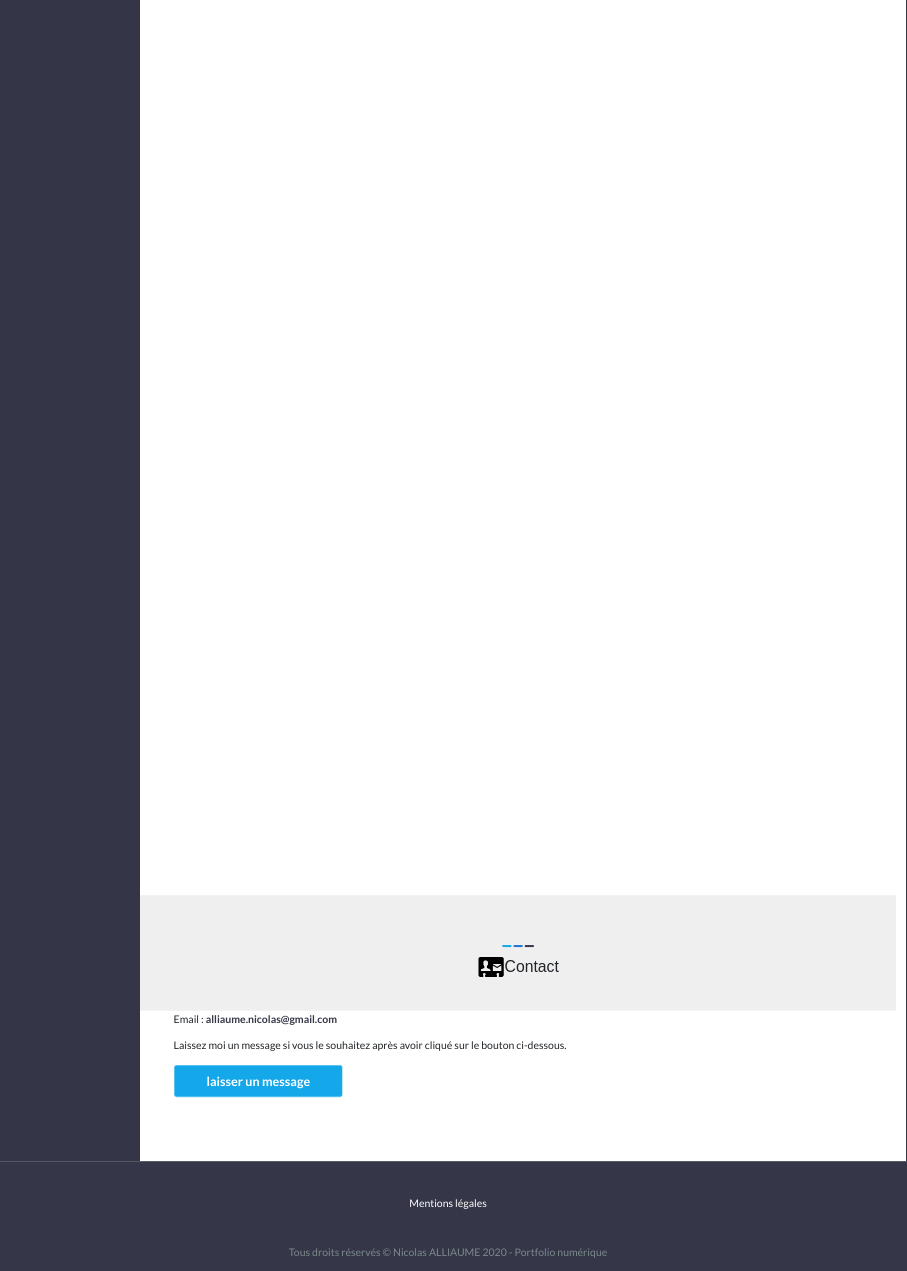
Repository: Nicolas-al/alliaumen
Page: templates/main/index.html.twig
An editor plug-in stored every save of this project. The page is shown before and after the next save, followed by the edit.
The browser window is 1280 px wide. The page is 1295 px wide, so the pictures cover 1295 px, including what lies to the right of the window. The pictures show the part of the page from y = 1247 to 3127 px (the page is 3063 px tall before and 3127 px after), at 70% of full size.
Some web fonts or font styles are not loaded; a fallback is used. Some web libraries are served in a nearby version. The page is a Twig template of a Symfony application; nobody is signed in and links lead nowhere. Other server files are loaded and not shown. The template is opened directly, without the code that normally fills it, so the values that code supplies are empty.

Above is the page before, as saved 2020-10-12 03:10:50.
Console error: TypeError: e.indexOf is not a function

### public/css/style.css
body{
    overflow-x: hidden;
    position: relative;
}

.wrapper {
    display: flex;
    width: 100%;
    align-items: stretch;
}

#sidebar{
    background : #353548;
    max-width: 200px;
    min-width: 200px;
}
#all-content{
    width: 100%;
}
#header{
    height: 400px;
}
#block_competences{
    height: 500px;
    margin-left: 0;
    margin-right: 0;
}
#block_portfolio{
    height: 1400px;
}
#block_contact{
    margin-top: 20px;
    height: 380px;
}
footer{
    background: #353648
}
.button{
    background: #14a7ea;
    border: 1px solid white;
    padding: 9px 46px;
    border-radius: 4px;
}
.button a{
    font-size: 1.2em;
}
.button a:hover{
    text-decoration: none;
}

/* sections block titre */

.block_title{
    height: 165px;
    background: #35334814;
    width: 100%;
}
.title_elmt{
    display: flex;
    flex-direction: column;
}
.minus_block{
    text-align: center;
    margin-top: 61px;
}
.minus_one{
    color: #11a7ea
}
.minus_two{
    color: #1d75d2;
}
.minus_three{
    color: #353648;
}
.title{
    display: flex;
    margin-left: -15px;
    margin-right: -15px;
}
.title h4{
    font-family: 'Philosopher', sans-serif;
    margin-right: auto;
    margin-top: auto;
    margin-bottom: auto;
}
.title img{
    height: 39px;
    margin-top: auto;
    margin-left: auto;
    margin-bottom: auto;
}

/*------------------------------------- ASIDE -------------------------------------*/

#aside h3{
    font-family: 'Oswald', sans-serif;
}
.sidebar-header{
    color: white;
    margin-top: 4%;
}
#sidebar ul{
    justify-content: center;
}
.block_nav{
    position: fixed;
    top: 27%;
    width: 15.7%
}

.block_nav ul{
    display: flex;
    flex-direction: column;
    margin: auto;
    justify-content: end;
}
.block_nav a{
    font-family: 'Catamaran', sans-serif;
    padding-left: 20px
}

.block_network{
    position: fixed;
    top: 84%;
    text-align: center;
    width: 15.7%;
}
h6{
    color: white;
}
/*----------------------------------- HEADER -----------------------------------*/

.header_p{
    font-family: 'Merienda', cursive;
    font-size: 1.3em;
    color: #212529e8;
    width: 93%;
    box-shadow: 0px 0px 7px;
    text-align: center;
}

#block_photo{
    max-width: 35%;
    margin: auto;
    padding-bottom: 40px;
}

/* Mon profil */

#block_profil{
    height: fit-content;
}

#profil{
    justify-content: center;
    align-items: center;
}
.block-down{
    margin-right: 5%;
}
.from-center{
    margin-left: 45px;
}
/* Animation double Flèches vers le bas */

@keyframes down{
	0% {transform: translateY(0%) ; opacity: 0.5}
	25% {transform: translateY(-30%); opacity: 0.2}
    75% {transform: translateY(30%); opacity: 1}
    100% {transform: translateY(0%); opacity: 0.5}
}
.double-down{
	animation: down 1.2s infinite;
	width: 3%;
}

/* ~~~~~~~ INIT. BTN ~~~~~~~ */

#profil{
    position: relative;
    padding: 1.4rem 4.2rem;
    padding-right: 3.1rem;
    font-size: 1.4rem;
    color: black;
    letter-spacing: 1.1rem;
    text-transform: uppercase;
    transition: all 500ms cubic-bezier(0.77, 0, 0.175, 1);
    cursor: pointer;
    user-select: none;
}

#profil:before, #profil:after {
    content: '';
    position: absolute;
    transition: inherit;
    z-index: -1;
    box-sizing: border-box;
}

#profil:hover {
    color: white;
    transition-delay: .5s;
}

#profil:hover:before {
    transition-delay: 0s;
}

#profil:hover:after {
    background: #353648;
    transition-delay: .35s;
}


#profil:before {
    top: 0;
    left: 50%;
    height: 100%;
    width: 0;
    border: 1px solid #353648;
    border-left: 0;
    border-right: 0;
}

#profil:after {
    bottom: 0;
    left: 0;
    height: 0;
    width: 100%;
    background: #353648;
}

#profil:hover:before {
    left: 0;
    width: 100%;
}

#profil:hover:after {
    top: 0;
    height: 100%;
}

#profil_panel{
    display: none;
}


/* ------------------------------------BLOCK COMPETENCES--------------------------------------*/
#skills{
    display: flex;
    width: 100%;
}
.skills{
    margin-bottom: -200px;
}
.skills-title{
    align-items: center;
}
.skills-title i{
    margin: inherit;
}
.logo-skills p{
    width: fit-content;
    margin: auto;
}
.logo-skills:hover{
   font-size: 20px;
   transition: 1s;
   font-weight: bold;
}
#skills img{
    width: 48px;
}
#skills img:hover{
    width: 65px;
    transition: 0.5s;
}
.align-title{
    margin: inherit;
    margin-left: 5px;
}

#front{
    width: 53%;
    border-bottom: 300px solid whitesmoke;
}
#back{
    width: 59%;
    border-bottom: 300px solid #353448;
    border-left: 43px solid #f5f5f5fc;
}

/* -------------------------------------------BLOCK PORTFOLIO----------------------------------------- */

#para_portfolio{
    height: 100px;
    padding: 0px 20px;
    text-align: center;
}

/* -------Slider------- */
.block_slides{
    height: 40%;
}
#block_portfolio h4{
    text-align: center;
    font-family: 'Philosopher', sans-serif;
}
.panel_project{
    width: 92%;
    margin: auto;
    display: none;
    box-shadow: 0px 0px 27px #353448;
    border-radius : 5px;
}


.description_project{
    border-bottom: 5px solid #f39c12c9;
    background: white;
    padding: 10px;
    border-top-left-radius: 5px;
    border-top-right-radius: 5px;
}
.description_project h4{
    font-weight: 700;
}
.description_project p{
    font-size: 1.1em;
}
.project img{
    width: 100%;
}
.project_link{
    border: 2px solid white;
    text-align: center;
    padding: 16px 15px;
    margin-top: -1%;
    background: #1e74d2;
}
.project_link:hover {
    background: #11a7ea;
}
.project_link a:hover{
    text-decoration: none;
}
.skills_project{
    border-top: 5px solid #f39c12c9;
}
.skills_project p{
    padding-right: 2%;
    padding-left: 2%;
    padding : 10px;
}
.skills_project span{
    font-weight: bold;
}
/* Cards projects */

#block_project_card{
    margin-top: 23%;
}
#projects_cards{
    text-align: center;
    justify-content: center;
    margin-left: 5%;
}
.project_card{
    color: white;
    margin-left: -10%;
    border: 1px solid;
    box-shadow: 0px 0px 3px;
    border-right: 2px solid;
    border-radius: 11px;
    max-width: 22%;
    background: #353348;
    cursor: pointer;
}
.project{
    opacity: 0.8;
}
.project h4{
    color: white;
}
.project p{
    color: white;
}
.project_content p{
    padding: 3% 9% 0% 9%;
    margin-bottom: 0;
    text-align: justify;
    font-size: 0.8em;
}
.project_content p:last-child{
    margin-bottom: 3%;
}
.project_content h4{
    padding: 3%;
}
.project_content img{
    width: 99%;
}
/*------------------------------------------- BLOCK CONTACT ---------------------------------------- */

#block_contact address a{
    font-weight: bold;
    color: #353648;
}

.modal_contact{
    display: none;
    background: white;
    width: inherit;
    z-index: 100;
    height: 100%;
    margin-bottom: 10%;
    margin-top: 4%;
}

#errors_form{
    color: red;
    font-size: 1em;
    display: none;
}

/*-------------------------- MENTIONS LEGALES ------------------------*/

#mentions_body a{
    color: #0087d1;
}

/*---------------------------- FOOTER ---------------------------------*/

.copyright{

}

/*================================================ RESPONSIVE ======================================================== */
/*================================================            ======================================================== */

@media screen and (min-width: 1250px){
    #block_project_card {
        margin-top: 29%;
    }
    #block_contact {
        margin-top: 12%;
    }
}

@media screen and (max-width: 991px){
    .wrapper{
        display: block;
    }
    #sidebar{
        min-width: 100%;
        max-width: 100%;
    }
    .block_nav{
        position: inherit;
        display: contents
    }
    .block_nav ul{
        display: flex;
        flex-direction: inherit;
        justify-content: center;
    }
    .block_network{
        position: absolute;
        top: 0%;
        left: 1%;
    }
    .block_network h6{
        display: none;
    }
    #mentions_body{
    margin-left: 2%;
    }

    #block_competences{
        height: auto;
    }

    #skills{
        height: fit-content;
        flex-direction: column;
        display: flex !important;
    }
    .skills{
        margin-bottom: 0;
    }
    #front{
        width: auto;
        border-bottom: none;
        background-color: #f5f5f5;
    }
    #text_black{
        padding: 20px 30px
    }
    #back{
        width: auto;
        border-bottom: none;
        border-left: none;
        background-color: #353448;
    }
    #text_white{
        padding: 20px 30px
    }
    .logo-skills{
        width: 20% !important;
    }
    #block_portfolio{
        height: auto;
    }
    #para_portfolio{
        margin-top: 5%;
        margin-bottom: 12%;
    }
    #block_project_card {
        margin-top: 20%;
    }
    .project_card {
        max-width: 26%;
        height: 259px;
    }
}

@media screen and (max-width: 702px){
    .projects_cards{
        margin-left: 5%;
    }
    .project_content p {
        font-size: 0.7em;
    }
    .project_card {
        max-width: 29%;
        height: 241px;
    }

}
    @media screen and (max-width: 500px){
    .project_card {
        max-width: 32%;
        height: 243px;
        }
    .block_slides{
        margin: 0% 0% 0% 2% !important;
    }
    .project_link{
        margin-left: 35%;
    }
    #block_project_card {
        margin-top: 30%;
        padding-left: 7%;
    }
    .block_network{
        top: 0%;
        left: 2%;
    }
    .block_network div{
        flex-direction: column;
    }
    .block_network img{
        height: 36px;
        width: 36px;
    }
    h6{
        display: none;
    }
    #contact_block{
        width: 80%;
    }
}

Loaded but not shown: public/js/accueil/contact.js (57 lines, source omitted); public/js/accueil/slider.js (51 lines, source omitted); public/js/accueil/profil.js (27 lines, source omitted); public/js/portfolio/deleteCom.js (19 lines, source omitted); public/js/portfolio/banIp.js (17 lines, source omitted); templates/base.html.twig (51 lines, source omitted); templates/contact/index.html.twig (36 lines, source omitted); templates/main/aside.html.twig (22 lines, source omitted); public/css/project.css (51 lines, source omitted); templates/main/footer.html.twig (11 lines, source omitted); templates/main/index.html.twig (217 lines, source omitted)

After the next save:
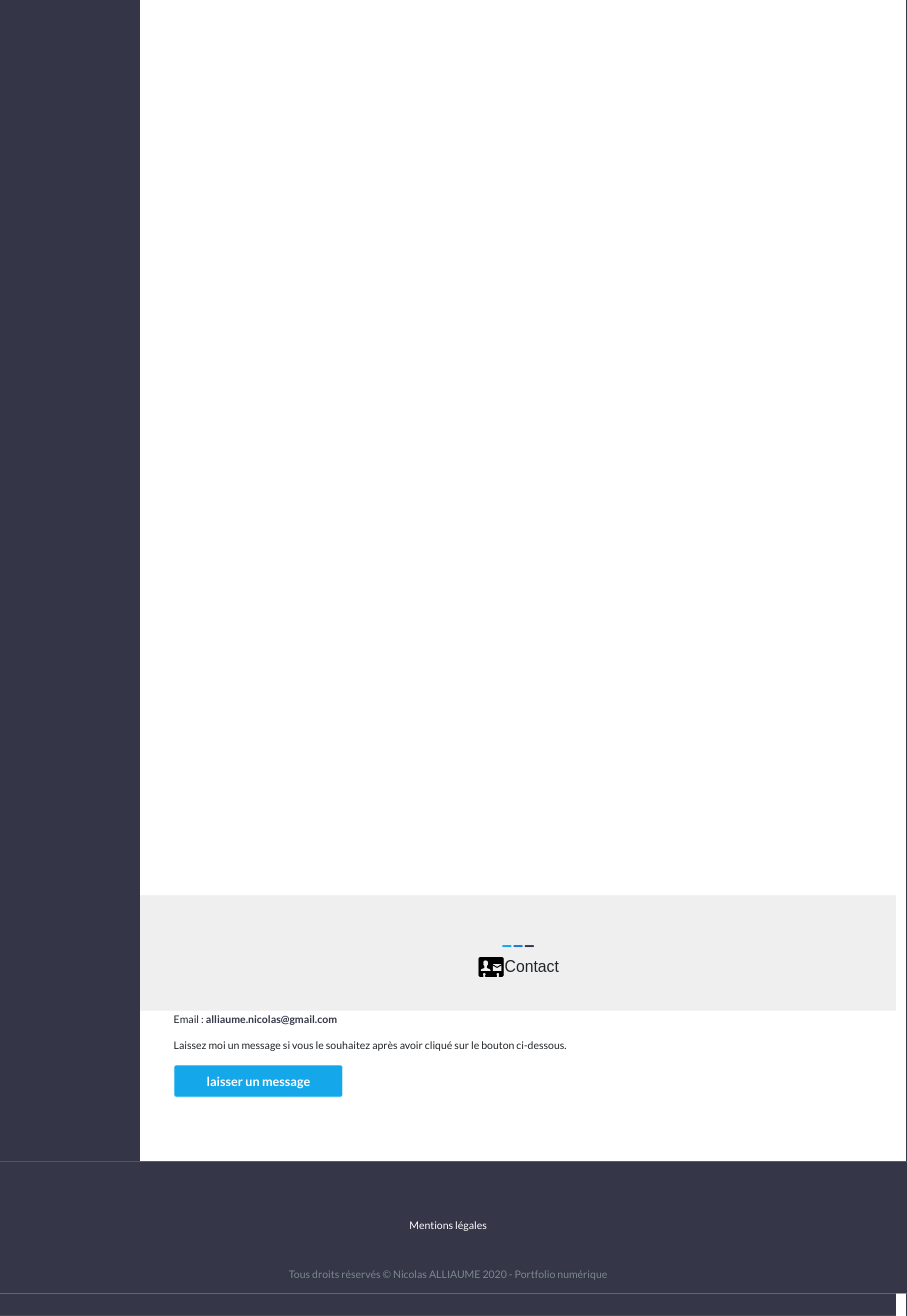
Saved 2 min 7 s later.
--- a/public/css/style.css
+++ b/public/css/style.css
@@ -33,7 +33,8 @@
     height: 380px;
 }
 footer{
-    background: #353648
+    background: #353648;
+    padding-top: 32px
 }
 .button{
     background: #14a7ea;

After the save that followed:
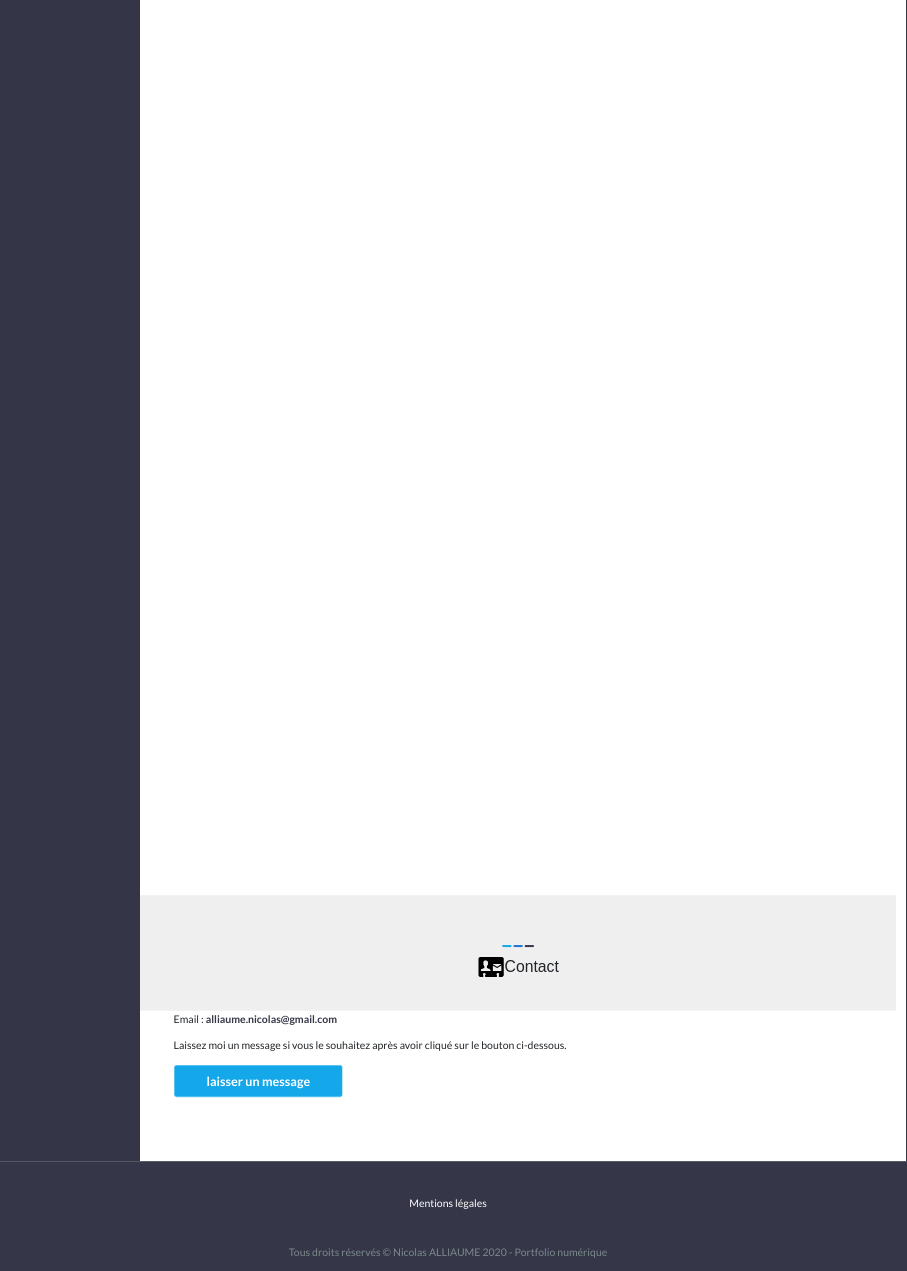
Saved 2 min 12 s later.
--- a/public/css/style.css
+++ b/public/css/style.css
@@ -34,7 +34,6 @@
 }
 footer{
     background: #353648;
-    padding-top: 32px
 }
 .button{
     background: #14a7ea;
